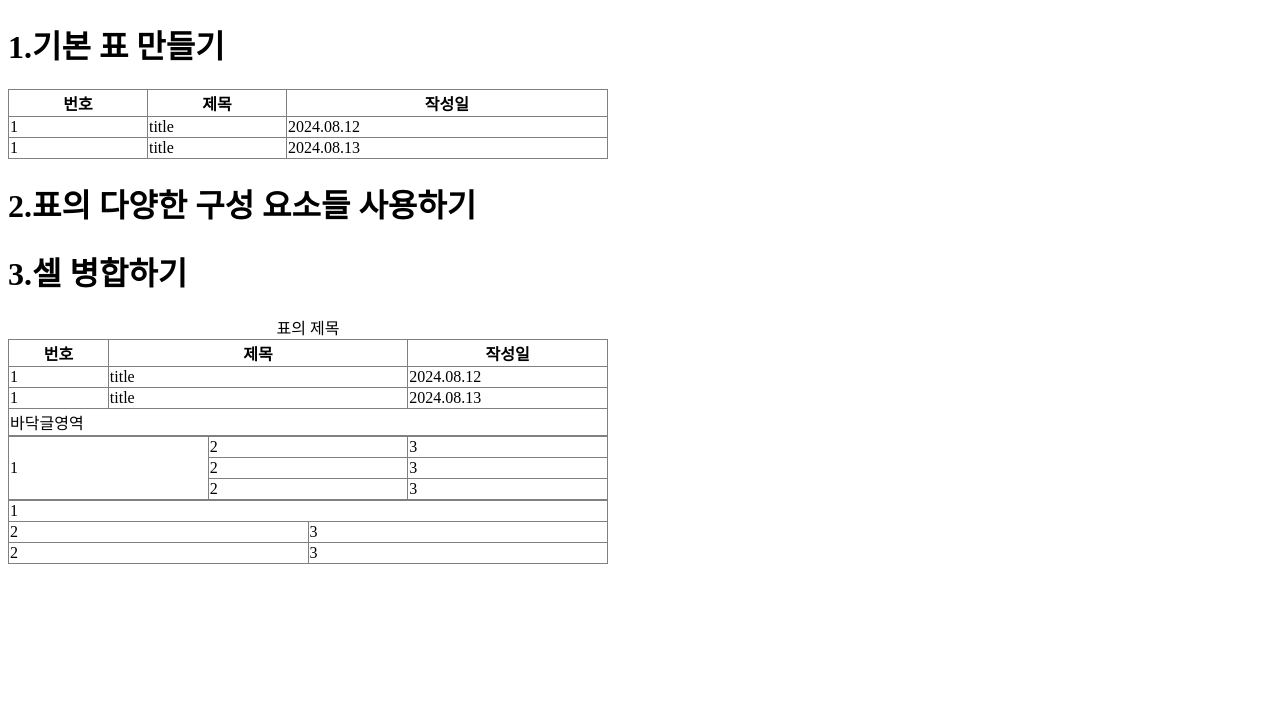
Repository: Junvelop/hkdevelope
Page: Downloads/back_end_edu20240624-master (1)/front_end_20240627/src/main/webapp/html05_표만들기.html
These files come from the project's save history. The page is drawn as it stood at one moment and after the next save; the edit follows.
The browser window is 1280 px wide. The pictures show the whole page.

Above is the page before, as saved 2024-08-12 08:46:05.

After the next save:
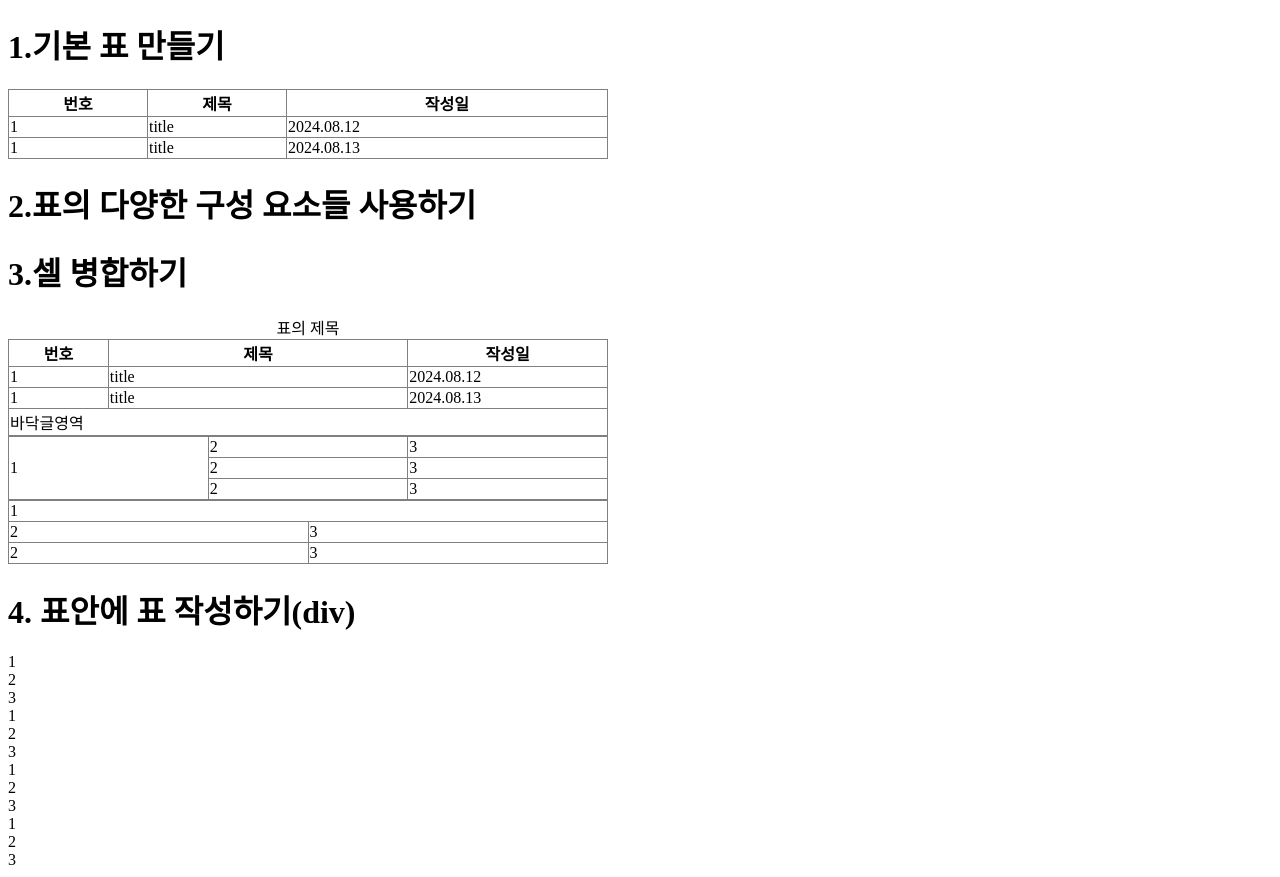
Saved 15 h 45 min later.
--- a/Downloads/back_end_edu20240624-master (1)/front_end_20240627/src/main/webapp/html05_표만들기.html
+++ b/Downloads/back_end_edu20240624-master (1)/front_end_20240627/src/main/webapp/html05_표만들기.html
@@ -56,5 +56,35 @@
 	</table>
 
 
+
+<h1>4. 표안에 표 작성하기(div)</h1>
+	<div class = "table">
+		<div class = "tr"></div>
+			<div class = "td">1</div>
+			<div class = "td">2</div>
+			<div class = "td">3</div>
+	</div>
+
+		<div class = "tr"></div>
+			<div class = "td">1</div>
+			<div class = "td">2</div>
+			<div class = "td">3</div>
+	</div>
+
+			<div class = "tr"></div>
+			<div class = "td">1</div>
+			<div class = "td">2</div>
+			<div class = "td">3</div>
+	</div>
+
+			<div class = "tr"></div>
+			<div class = "td">1</div>
+			<div class = "td">2</div>
+			<div class = "td">3</div>
+	</div>
+
+
+
+
 </body>
 </html>
